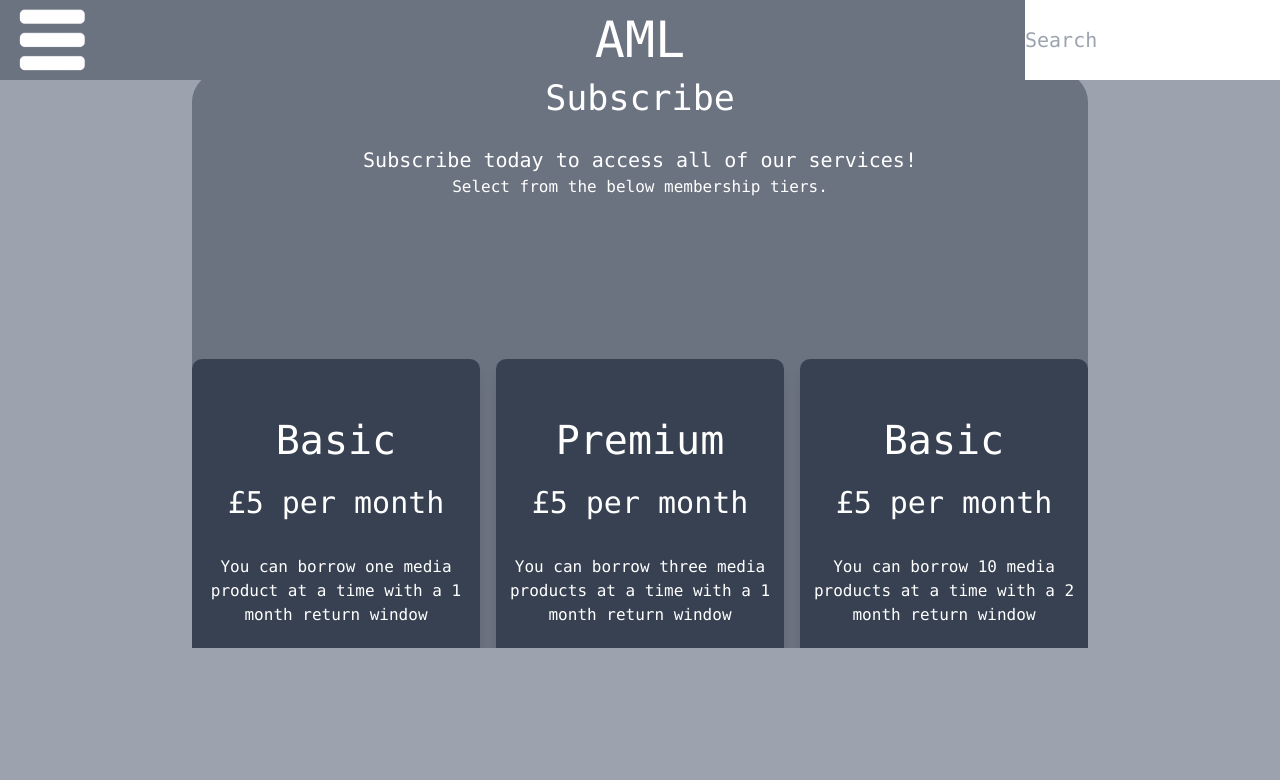
Repository: DuyKhanhDo/AML-Concept
Page: http://localhost/subscribe
An editor plug-in stored every save of this project. The page is shown before and after a run of saves, followed by the edit.
The browser window is 1280 px wide. The pictures show the whole page.
Some web libraries are served in a nearby version. The page is served by the project's Laravel application, run on PHP 8.4 with Laravel 12. A made-up administrator, Test User (test@example.com), is signed in.

Above is the page before, as saved 2024-11-11 13:05:10.

After the next 3 saves:
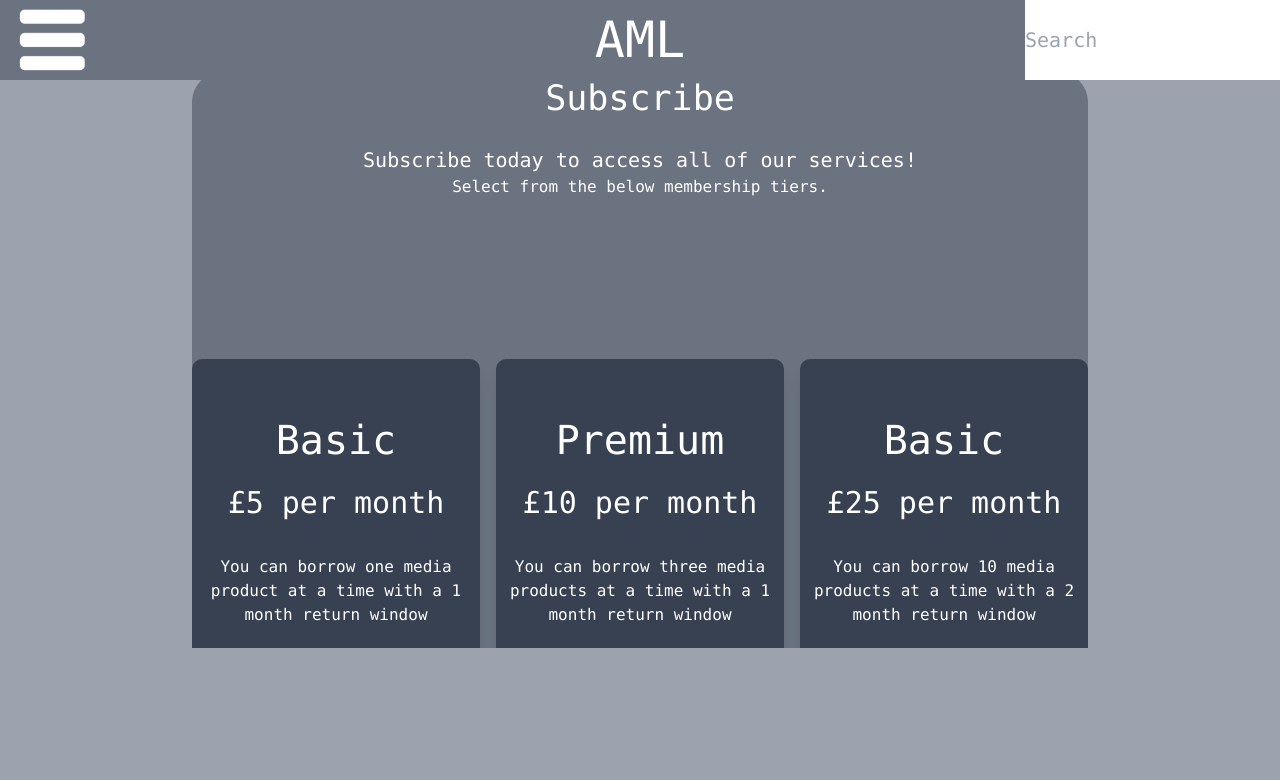
The 3 saves are shown as one change because they came seconds apart.
The last was saved 14 s later.
--- a/resources/views/subscribe.blade.php
+++ b/resources/views/subscribe.blade.php
@@ -7,8 +7,8 @@
                 <h5>Select from the below membership tiers.</h5>
                 <div class="flex overflow-x-auto w-full space-x-4 justify-center">
                     <x-subscription-tier tier='Basic' price='£5' benefits='You can borrow one media product at a time with a 1 month return window'></x-subscription-tier>
-                    <x-subscription-tier tier='Premium' price='£5' benefits='You can borrow three media products at a time with a 1 month return window'></x-subscription-tier>
-                    <x-subscription-tier tier='Basic' price='£5' benefits='You can borrow 10 media products at a time with a 2 month return window'></x-subscription-tier>
+                    <x-subscription-tier tier='Premium' price='£10' benefits='You can borrow three media products at a time with a 1 month return window'></x-subscription-tier>
+                    <x-subscription-tier tier='Basic' price='£25' benefits='You can borrow 10 media products at a time with a 2 month return window'></x-subscription-tier>
                 </div>
             </div>
         </main>
